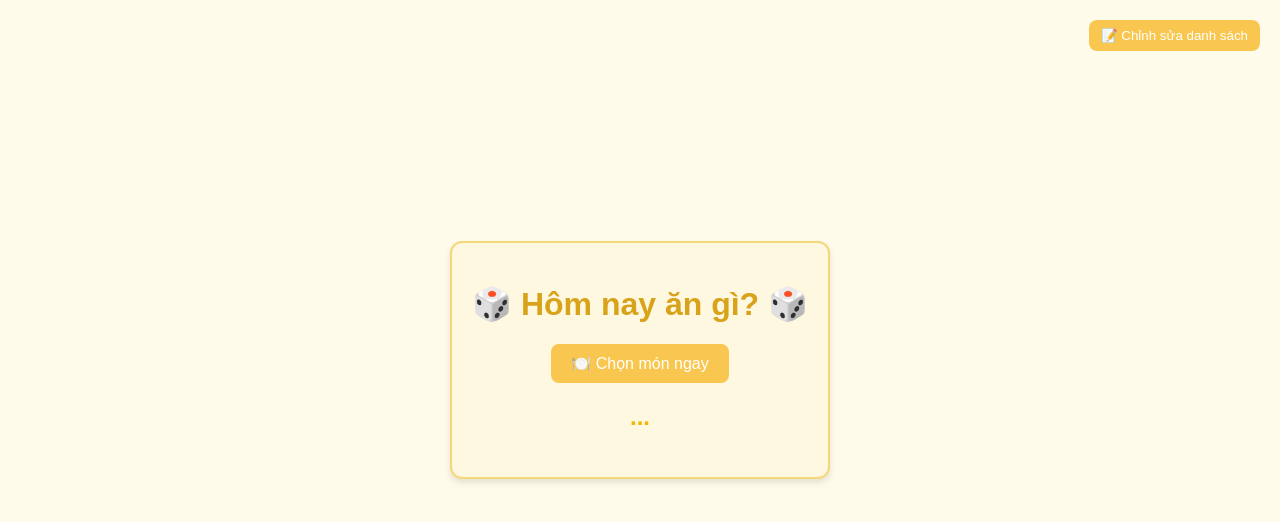
Repository: NT912/What-s-food-today-
Page: index.html
The author's editor kept a copy of each file at every save. The page is drawn from the files as they stood at one save, then again after the next save.
The browser window is 1280 px wide. The pictures show the whole page.

Above is the page before, as saved 2024-12-17 20:49:14.
Console error: ReferenceError: renderList is not defined

### index.html
<!DOCTYPE html>
<html lang="vi">

<head>
  <meta charset="UTF-8">
  <meta name="viewport" content="width=device-width, initial-scale=1.0">
  <title>Random Món Ăn</title>
  <link rel="stylesheet" href="style.css">
</head>

<body>
  <!-- Random Section -->
  <div class="container">
    <h1>🎲 Hôm nay ăn gì? 🎲</h1>
    <button id="randomBtn" onclick="startRandom()">🍽️ Chọn món ngay</button>
    <p id="randomFood">...</p>
  </div>

  <!-- Edit Button -->
  <button class="edit-btn" onclick="openPopup()">📝 Chỉnh sửa danh sách</button>

  <!-- Popup Modal -->
  <div id="popup" class="popup">
    <div class="popup-content">
      <span class="close-btn" onclick="closePopup()">❌</span>
      <h2>📋 Danh sách món ăn</h2>
      <ul id="foodList"></ul>
      <div class="controls">
        <input type="text" id="foodInput" placeholder="Thêm món ăn mới...">
        <button onclick="addFood()">➕ Thêm</button>
      </div>
    </div>
  </div>

  <script src="script.js"></script>
</body>

</html>

### style.css
/* General Styles */
body {
  font-family: "Arial", sans-serif;
  margin: 0;
  background-color: #fffbea; /* Nền vàng nhẹ */
  color: #333;
  display: flex;
  justify-content: center;
  align-items: center;
  height: 100vh;
  overflow: hidden;
}

h1 {
  color: #d8a31a; /* Màu vàng đậm hơn */
}

.container {
  text-align: center;
  background: #fff8e1; /* Vàng nhẹ */
  border: 2px solid #f5d77a;
  padding: 20px;
  border-radius: 12px;
  box-shadow: 0 4px 6px rgba(0, 0, 0, 0.1);
}

#randomBtn {
  background: #f9c74f; /* Màu vàng cho nút */
  color: #fff;
  border: none;
  padding: 10px 20px;
  font-size: 16px;
  border-radius: 8px;
  cursor: pointer;
  transition: transform 0.2s, background 0.3s;
}

#randomBtn:hover {
  transform: scale(1.1);
  background: #f4b400;
}

#randomFood {
  margin-top: 20px;
  font-size: 24px;
  color: #f4b400; /* Màu vàng cho kết quả */
  font-weight: bold;
  height: 30px;
}

.edit-btn {
  position: absolute;
  top: 20px;
  right: 20px;
  background: #f9c74f;
  color: white;
  padding: 8px 12px;
  border: none;
  border-radius: 8px;
  cursor: pointer;
}

.edit-btn:hover {
  background: #f4b400;
}

/* Popup Modal */
.popup {
  display: none;
  position: fixed;
  top: 0;
  left: 0;
  width: 100%;
  height: 100%;
  background-color: rgba(255, 233, 153, 0.7); /* Vàng mờ nhẹ */
  justify-content: center;
  align-items: center;
  z-index: 1000;
}

.popup-content {
  background: #fff8e1; /* Màu vàng nhẹ */
  padding: 20px;
  border-radius: 12px;
  width: 400px;
  max-height: 80%;
  overflow-y: auto;
  position: relative;
  border: 2px solid #f5d77a;
}

.popup-content h2 {
  color: #d8a31a; /* Vàng đậm hơn */
}

.close-btn {
  position: absolute;
  top: 10px;
  right: 10px;
  cursor: pointer;
  font-size: 20px;
  color: #f4b400;
}

ul {
  list-style: none;
  padding: 0;
}

li {
  background: #fff5cc; /* Màu vàng nhạt cho danh sách */
  margin: 5px 0;
  padding: 8px;
  display: flex;
  justify-content: space-between;
  border-radius: 8px;
  border: 1px solid #f5d77a;
}

/* Popup chúc mừng */
#resultPopup {
  display: none;
  position: fixed;
  top: 0;
  left: 0;
  width: 100%;
  height: 100%;
  background-color: rgba(0, 0, 0, 0.5);
  justify-content: center;
  align-items: center;
  z-index: 1000;
}

#resultPopup .result-content {
  background: #fff8e1;
  padding: 30px;
  border-radius: 12px;
  text-align: center;
  box-shadow: 0 8px 16px rgba(0, 0, 0, 0.3);
  animation: popupEffect 0.5s ease-out;
  font-size: 24px;
  color: #f4b400;
}

@keyframes popupEffect {
  from {
    transform: scale(0.7);
    opacity: 0;
  }
  to {
    transform: scale(1);
    opacity: 1;
  }
}

### script.js
let foodList = [
  "Mì quảng tôm thịt",
  "Bánh cuốn",
  "Bún nước KonTum",
  "Cút lộn xào me",
  "Ốc đinh",
  "Mì cay",
  "Bún bò",
  "Chè",
  "Bánh mì chảo",
  "Mì trộn",
  "Xôi",
  "Mì quảng ếch",
  "Bún ram chay",
  "Bún thịt nướng",
  "Cá viên chiên mắm",
  "Cơm gà chiên mắm",
  "Bún chả",
  "Bún đậu mắm tôm",
  "Bún riêu",
  "Bánh mì ổ",
  "Cơm chiên",
  "Miến trộn",
  "Phở",
  "Bánh tráng kẹp",
  "Bánh canh",
  "Bún cá chấm",
  "Bánh đúc nóng",
  "Phở khô gia lai",
  "Bánh tráng kẹp",
  "Nem chua rán",
  "Ram cuốn cải",
  "Bánh bèo",
  "Bánh lọc",
  "Bánh căn",
  "Kem bơ",
];

function startRandom() {
  const result = document.getElementById("randomFood");
  let index = 0;

  // Thêm hiệu ứng nhấp nháy trong 2 giây
  const interval = setInterval(() => {
    index = Math.floor(Math.random() * foodList.length);
    result.textContent = foodList[index];
    result.style.color = getRandomColor();
  }, 100);

  // Kết thúc hiệu ứng và hiển thị kết quả
  setTimeout(() => {
    clearInterval(interval);
    result.textContent = `🍽️ ${foodList[index]}!`;
    result.style.color = "#f4b400";

    // Hiển thị popup chúc mừng
    showResultPopup(foodList[index]);
  }, 2000);
}

function showResultPopup(food) {
  const popup = document.getElementById("resultPopup");
  const popupContent = document.getElementById("resultPopupContent");

  popupContent.innerHTML = `
        🎉 Chúc mừng! Món ăn hôm nay là: <br>
        <strong>${food}</strong> 🎉
    `;

  popup.style.display = "flex";

  // Đóng popup khi click ra ngoài
  window.onclick = function (event) {
    if (event.target === popup) {
      closeResultPopup();
    }
  };
}

function closeResultPopup() {
  document.getElementById("resultPopup").style.display = "none";
  window.onclick = null; // Xóa sự kiện click
}

function getRandomColor() {
  const colors = [
    "#f4b400",
    "#f9844a",
    "#ffcd56",
    "#ffafcc",
    "#bde0fe",
    "#ffc8dd",
  ];
  return colors[Math.floor(Math.random() * colors.length)];
}

window.onload = () => {
  renderList();
};

After the next save:
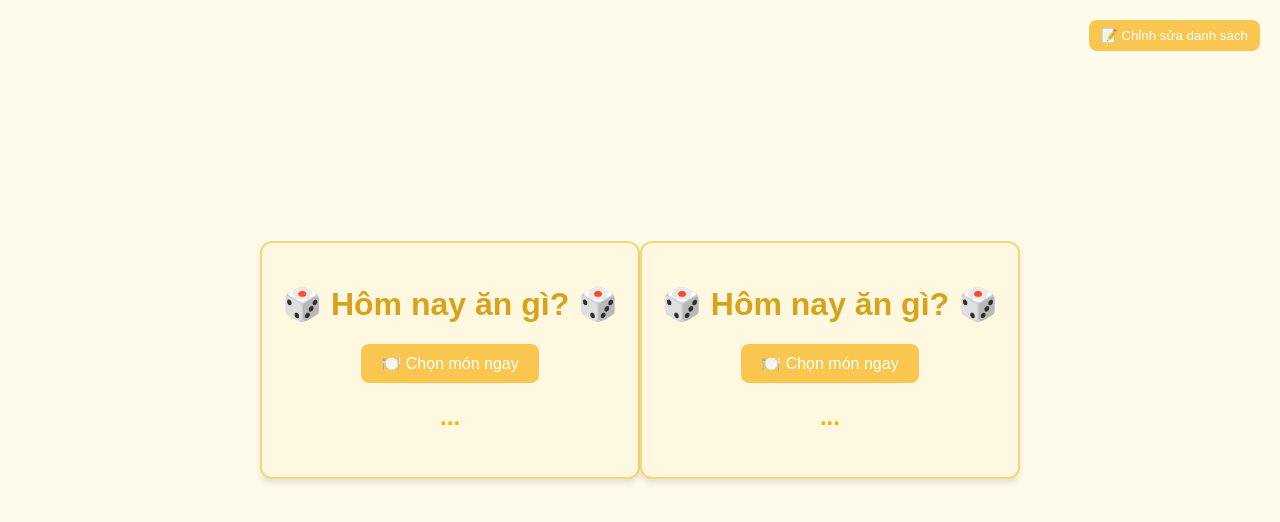
Saved 16 s later.
--- a/index.html
+++ b/index.html
@@ -32,6 +32,21 @@
     </div>
   </div>
 
+  <!-- Random Section -->
+  <div class="container">
+    <h1>🎲 Hôm nay ăn gì? 🎲</h1>
+    <button id="randomBtn" onclick="startRandom()">🍽️ Chọn món ngay</button>
+    <p id="randomFood">...</p>
+  </div>
+
+  <!-- Popup chúc mừng kết quả -->
+  <div id="resultPopup">
+    <div class="result-content" id="resultPopupContent">
+      <!-- Nội dung kết quả -->
+    </div>
+  </div>
+
+
   <script src="script.js"></script>
 </body>
 
